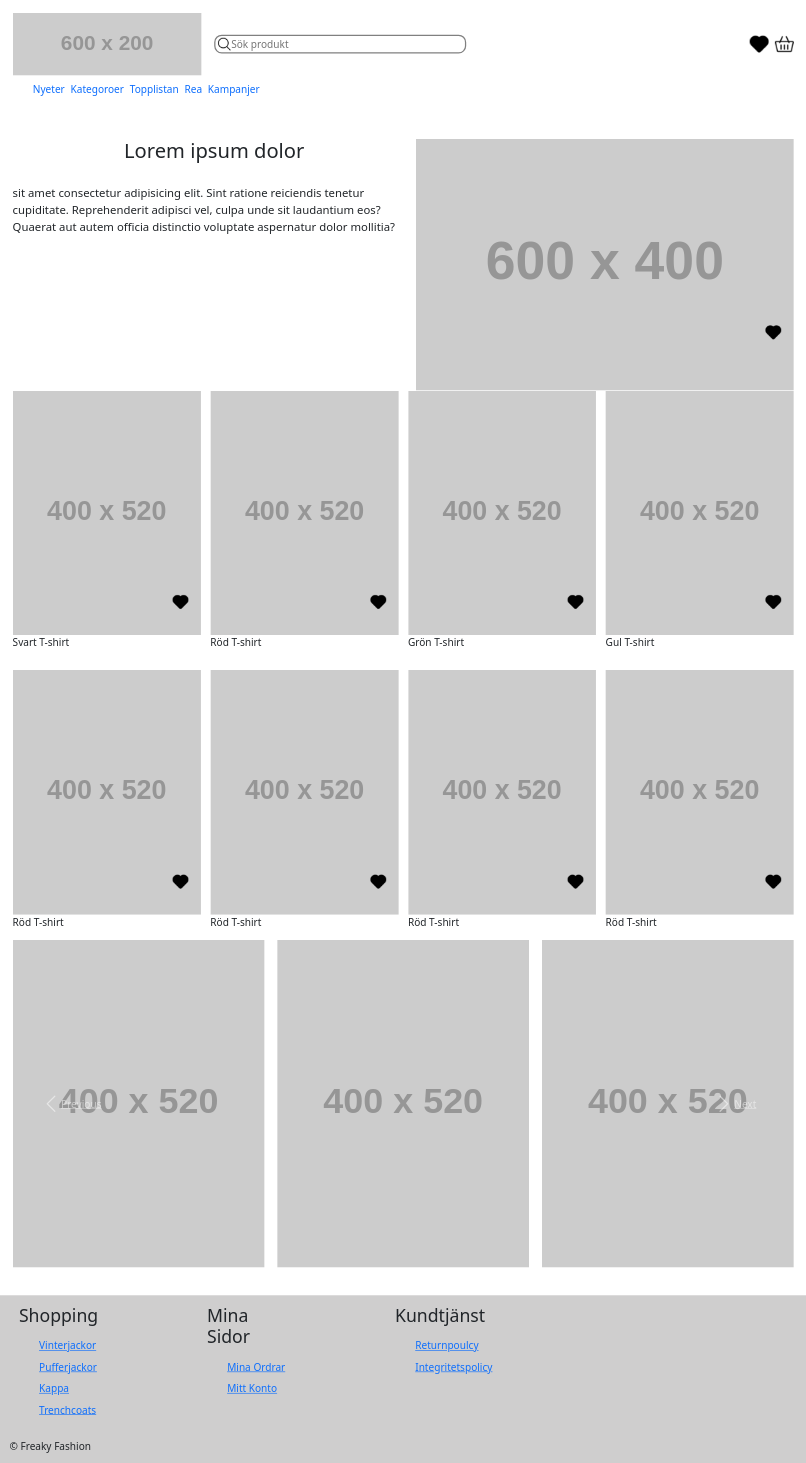
Repository: Kalle1995/project
Page: index.html
An editor plug-in stored every save of this project. The page is shown before and after the next save, followed by the edit.
The browser window is 1280 px wide. The pictures show the whole page, at 63% of full size.

Above is the page before, as saved 2024-10-06 20:25:52.

After the next save:
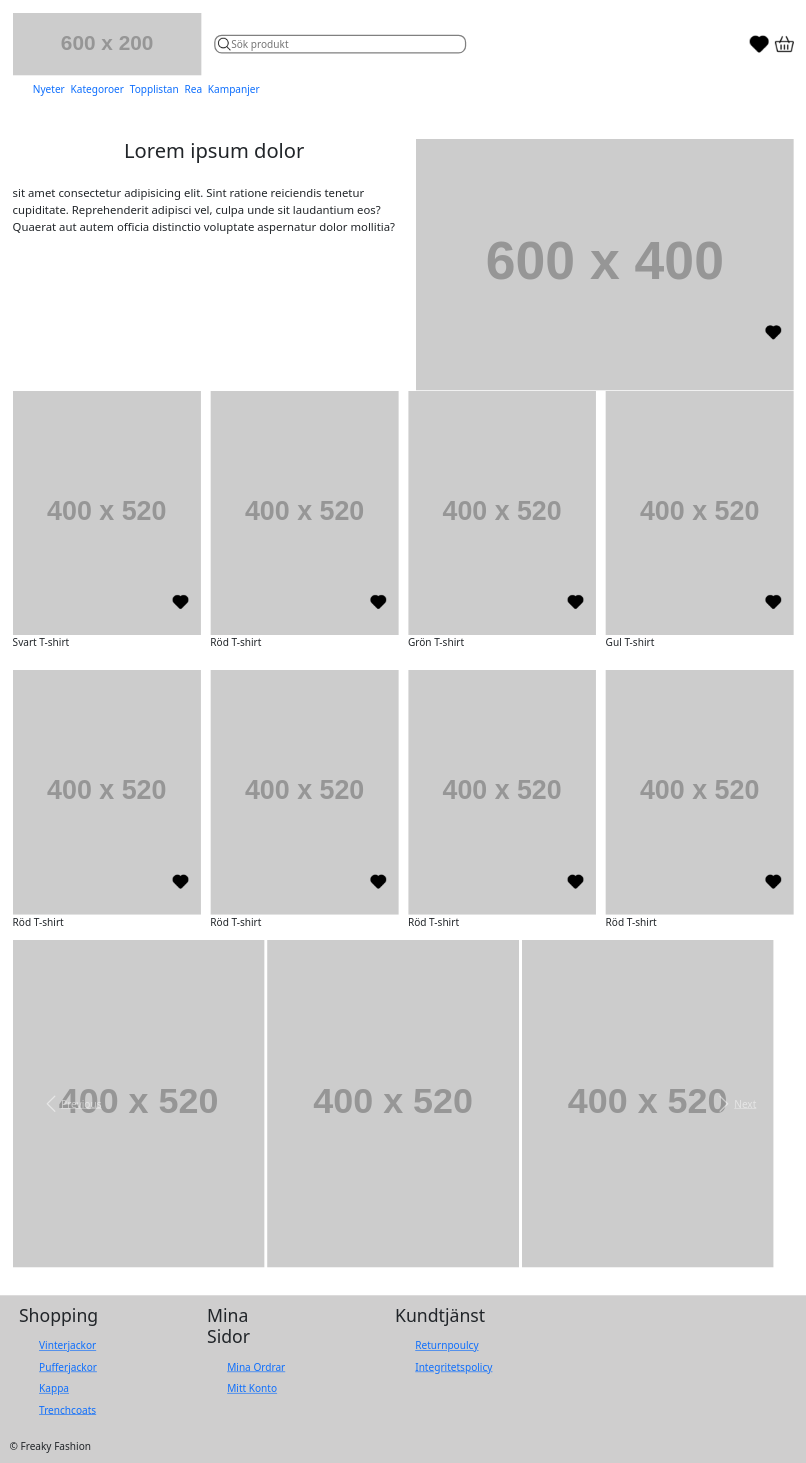
Saved 15 s later.
--- a/index.html
+++ b/index.html
@@ -122,21 +122,21 @@
     <div id="carouselExampleControls" class="carousel slide" data-ride="carousel">
       <div class="carousel-inner">
         <div class="carousel-item active">
-          <div class="slide">
+          <div class="slide d-block w-100">
             <img src="https://placehold.co/400x520/png?text=Red+T-shirt" alt="First slide">
             <img src="https://placehold.co/400x520/png?text=Red+T-shirt" alt="Third slide">
             <img src="https://placehold.co/400x520/png?text=Red+T-shirt" alt="Second slide">
           </div>
         </div>
         <div class="carousel-item">
-          <div class="slide">
+          <div class="slide d-block w-100">
             <img src="https://placehold.co/400x520/png?text=Red+T-shirt" alt="First slide">
             <img src="https://placehold.co/400x520/png?text=Red+T-shirt" alt="Third slide">
             <img src="https://placehold.co/400x520/png?text=Red+T-shirt" alt="Second slide">
           </div>
         </div>
         <div class="carousel-item">
-          <div class="slide">
+          <div class="slide d-block w-100">
             <img src="https://placehold.co/400x520/png?text=Red+T-shirt" alt="First slide">
             <img src="https://placehold.co/400x520/png?text=Red+T-shirt" alt="Third slide">
           </div>

After the save that followed:
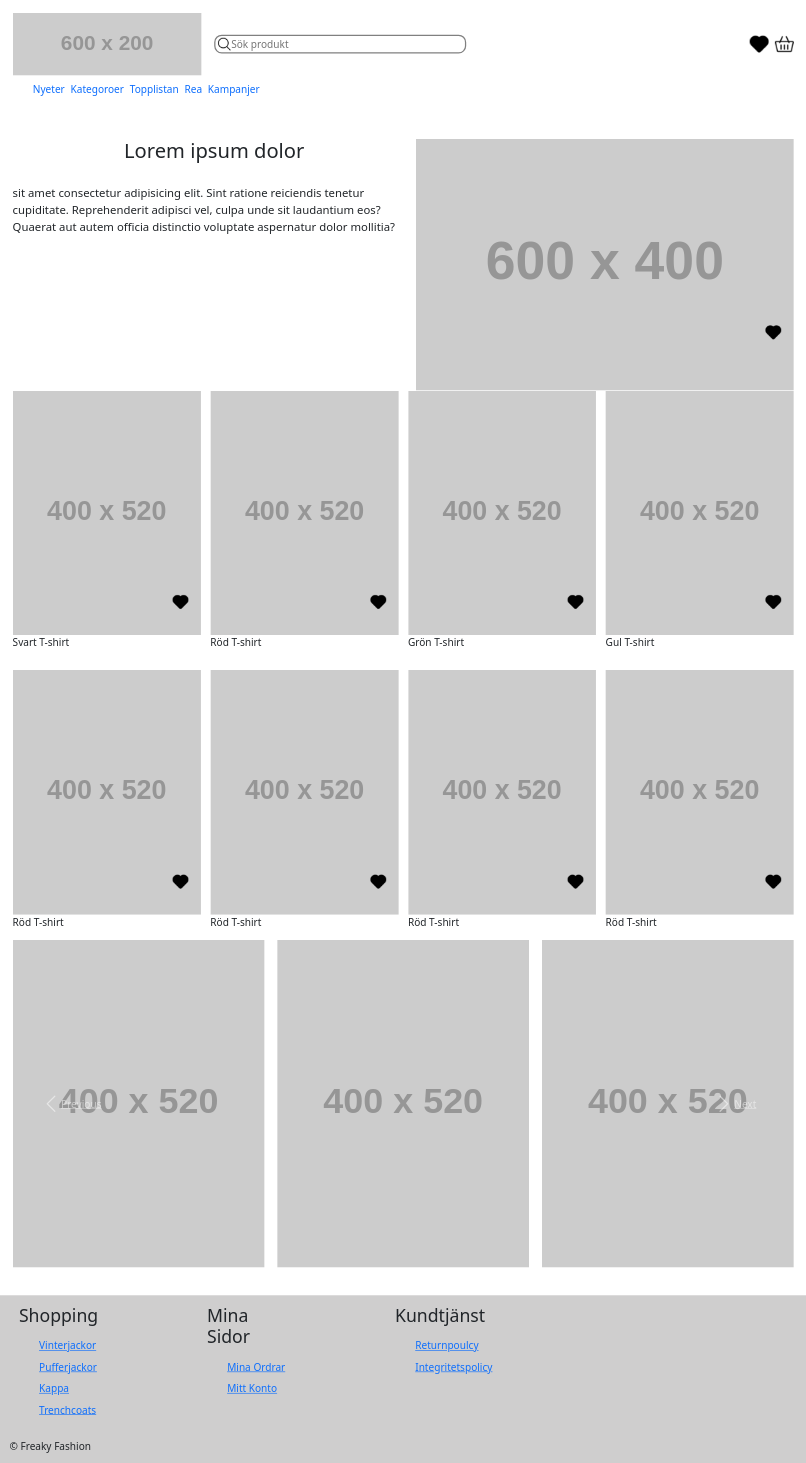
Saved 14 s later.
--- a/index.html
+++ b/index.html
@@ -122,23 +122,23 @@
     <div id="carouselExampleControls" class="carousel slide" data-ride="carousel">
       <div class="carousel-inner">
         <div class="carousel-item active">
-          <div class="slide d-block w-100">
-            <img src="https://placehold.co/400x520/png?text=Red+T-shirt" alt="First slide">
-            <img src="https://placehold.co/400x520/png?text=Red+T-shirt" alt="Third slide">
-            <img src="https://placehold.co/400x520/png?text=Red+T-shirt" alt="Second slide">
+          <div class="slide">
+            <img class="d-block w-100" src="https://placehold.co/400x520/png?text=Red+T-shirt" alt="First slide">
+            <img class="d-block w-100" src="https://placehold.co/400x520/png?text=Red+T-shirt" alt="Third slide">
+            <img class="d-block w-100" src="https://placehold.co/400x520/png?text=Red+T-shirt" alt="Second slide">
           </div>
         </div>
         <div class="carousel-item">
-          <div class="slide d-block w-100">
-            <img src="https://placehold.co/400x520/png?text=Red+T-shirt" alt="First slide">
-            <img src="https://placehold.co/400x520/png?text=Red+T-shirt" alt="Third slide">
-            <img src="https://placehold.co/400x520/png?text=Red+T-shirt" alt="Second slide">
+          <div class="slide">
+            <img class="d-block w-100" src="https://placehold.co/400x520/png?text=Red+T-shirt" alt="First slide">
+            <img class="d-block w-100" src="https://placehold.co/400x520/png?text=Red+T-shirt" alt="Third slide">
+            <img class="d-block w-100" src="https://placehold.co/400x520/png?text=Red+T-shirt" alt="Second slide">
           </div>
         </div>
         <div class="carousel-item">
-          <div class="slide d-block w-100">
-            <img src="https://placehold.co/400x520/png?text=Red+T-shirt" alt="First slide">
-            <img src="https://placehold.co/400x520/png?text=Red+T-shirt" alt="Third slide">
+          <div class="slide">
+            <img class="d-block w-100" src="https://placehold.co/400x520/png?text=Red+T-shirt" alt="First slide">
+            <img class="d-block w-100" src="https://placehold.co/400x520/png?text=Red+T-shirt" alt="Third slide">
           </div>
         </div>
       </div>
